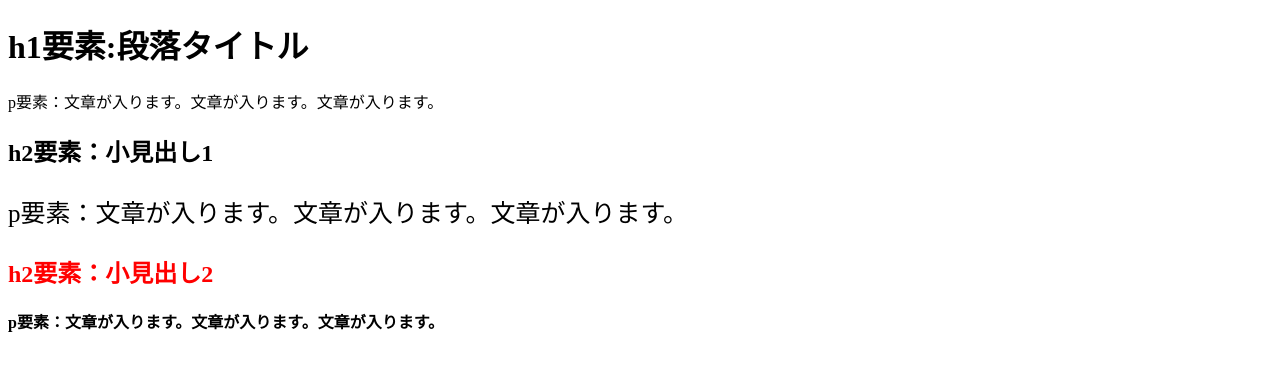
Repository: Makishima-kouhei/samurai_HTML-CSS
Page: index.html
The author's editor kept a record of every edit. The page is drawn from the files as they stood at one moment, then again after the next edit.
The browser window is 1280 px wide. The pictures show the whole page.

Above is the page before.

### index.html
<!DOCTYPE html>
<html lang="ja">
    <head>
        <meta charset="UTF-8">
        <title>HTML/CSSの学習</title>
        <style>
            #red {
                color: red;
            }
            .blue {
                color: blue;
            }
        </style>
    </head>
    <body>
        <h1>h1要素:段落タイトル</h1>
        <p>p要素：文章が入ります。文章が入ります。文章が入ります。</p>
        <h2>h2要素：小見出し1</h2>
        <p style="font-size:25px;">
            p要素：文章が入ります。文章が入ります。文章が入ります。
            </p>
        <h2 id="red">h2要素：小見出し2</h2>
        <p style="font-weight: bold;">
            p要素：文章が入ります。文章が入ります。文章が入ります。
            </p>
    </body>
</html>

After the next edit:
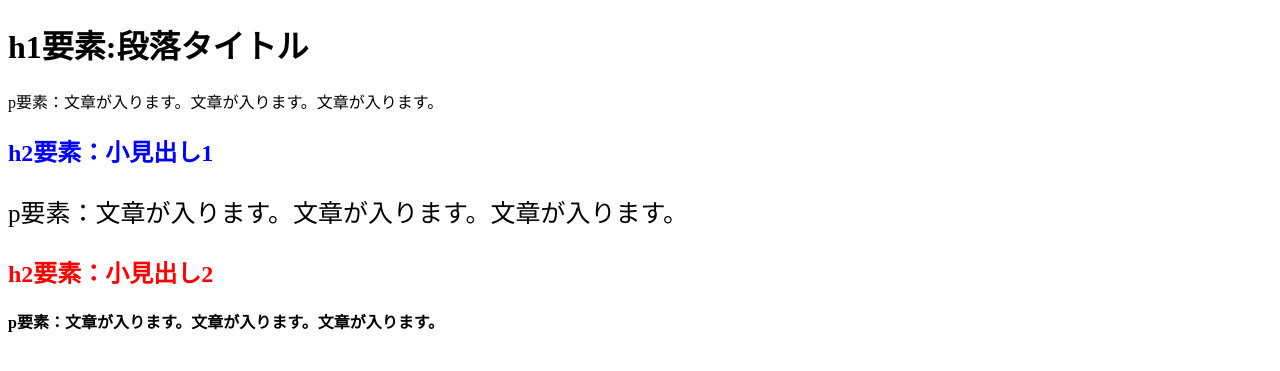
The edit:
--- a/index.html
+++ b/index.html
@@ -15,7 +15,7 @@
     <body>
         <h1>h1要素:段落タイトル</h1>
         <p>p要素：文章が入ります。文章が入ります。文章が入ります。</p>
-        <h2>h2要素：小見出し1</h2>
+        <h2 class="blue">h2要素：小見出し1</h2>
         <p style="font-size:25px;">
             p要素：文章が入ります。文章が入ります。文章が入ります。
             </p>
